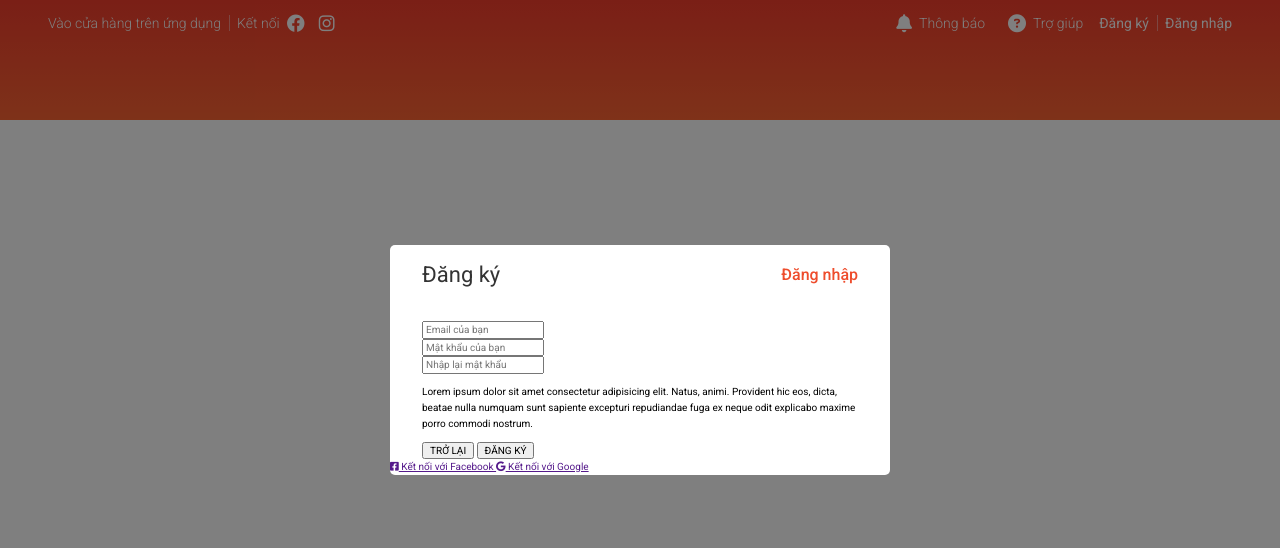
Repository: dptuyen1/F8-Tutorial
Page: index.html
An editor plug-in stored every save of this project. The page is shown before and after the next save, followed by the edit.
The browser window is 1280 px wide. The pictures show the whole page.

Above is the page before, as saved 2023-05-08 17:01:42.

### index.html
<!DOCTYPE html>
<html lang="en">
  <head>
    <meta charset="UTF-8" />
    <meta http-equiv="X-UA-Compatible" content="IE=edge" />
    <meta name="viewport" content="width=device-width, initial-scale=1.0" />
    <title>Document</title>
    <link
      rel="stylesheet"
      href="https://cdnjs.cloudflare.com/ajax/libs/normalize/8.0.1/normalize.min.css"
      integrity="sha512-NhSC1YmyruXifcj/KFRWoC561YpHpc5Jtzgvbuzx5VozKpWvQ+4nXhPdFgmx8xqexRcpAglTj9sIBWINXa8x5w=="
      crossorigin="anonymous"
      referrerpolicy="no-referrer"
    />
    <link rel="stylesheet" href="assets/css/base.css" />
    <link rel="stylesheet" href="assets/css/main.css" />
    <link
      rel="stylesheet"
      href="assets/fonts/fontawesome-free-6.4.0-web/css/all.min.css"
    />
    <link rel="preconnect" href="https://fonts.googleapis.com" />
    <link rel="preconnect" href="https://fonts.gstatic.com" crossorigin />
    <link
      href="https://fonts.googleapis.com/css2?family=Roboto:wght@300;400;500;700&display=swap"
      rel="stylesheet"
    />
  </head>

  <body>
    <div class="app">
      <header class="header">
        <div class="grid">
          <nav class="header__navbar">
            <ul class="header__navbar-list">
              <li
                class="header__navbar-item header__navbar-item-has-qr header__navbar-item-separate"
              >
                Vào cửa hàng trên ứng dụng
                <div class="header__qr">
                  <img
                    src="assets/img/qr_code.png"
                    alt="QR Cođe"
                    class="header__qr-img"
                  />
                  <div class="header__qr-apps">
                    <a href="" class="header__qr-link">
                      <img
                        src="assets/img/google_play.png"
                        alt="Google Play"
                        class="header__qr-download-img"
                      />
                    </a>
                    <a href="" class="header__qr-link">
                      <img
                        src="assets/img/app_store.png"
                        alt="App Store"
                        class="header__qr-download-img"
                      />
                    </a>
                  </div>
                </div>
              </li>
              <li class="header__navbar-item">
                <span class="header__navbar-title-no-pointer">Kết nối</span>
                <a href="" class="header__navbar-icon-link">
                  <i class="header__navbar-icon fa-brands fa-facebook"></i>
                </a>
                <a href="" class="header__navbar-icon-link">
                  <i class="header__navbar-icon fa-brands fa-instagram"></i>
                </a>
              </li>
            </ul>
            <ul class="header__navbar-list">
              <li class="header__navbar-item header__navbar-item--has-notify">
                <a href="" class="header__navbar-item-link">
                  <a href="" class="header__navbar-icon-link">
                    <i class="header__navbar-icon fa-solid fa-bell"></i> </a
                  >Thông báo
                </a>
                <div class="header__notify">
                  <header class="header__notify-header">
                    <h3>Thông báo mới nhận</h3>
                  </header>
                  <ul class="header__notify-list">
                    <li class="header__notify-item">
                      <a href="" class="header_notify-link">
                        <img
                          src="assets/img/comestic.jpg"
                          alt=""
                          class="header__notify-img"
                        />
                        <div class="header__notify-info">
                          <span class="header_notify-name"
                            >Mỹ phẩm Ohui chính hãng</span
                          >
                          <span class="header__notify-description"
                            >Mô tả mỹ tả Ohui chính hãng</span
                          >
                        </div>
                      </a>
                    </li>
                    <li class="header__notify-item header__notify-item--read">
                      <a href="" class="header_notify-link">
                        <img
                          src="assets/img/comestic.jpg"
                          alt=""
                          class="header__notify-img"
                        />
                        <div class="header__notify-info">
                          <span class="header_notify-name"
                            >Mỹ phẩm Ohui chính hãng</span
                          >
                          <span class="header__notify-description"
                            >Mô tả mỹ tả Ohui chính hãng</span
                          >
                        </div>
                      </a>
                    </li>
                    <li class="header__notify-item">
                      <a href="" class="header_notify-link">
                        <img
                          src="assets/img/comestic.jpg"
                          alt=""
                          class="header__notify-img"
                        />
                        <div class="header__notify-info">
                          <span class="header_notify-name"
                            >Mỹ phẩm Ohui chính hãng</span
                          >
                          <span class="header__notify-description"
                            >Mô tả mỹ tả Ohui chính hãng</span
                          >
                        </div>
                      </a>
                    </li>
                  </ul>
                  <footer class="header__notify-footer">
                    <a href="" class="header__notify-footer-btn">Xem tất cả</a>
                  </footer>
                </div>
              </li>
              <li class="header__navbar-item">
                <a href="" class="header__navbar-item-link">
                  <a href="" class="header__navbar-icon-link">
                    <i
                      class="header__navbar-icon fa-solid fa-circle-question"
                    ></i></a
                  >Trợ giúp
                </a>
              </li>
              <li
                class="header__navbar-item header__navbar-item-bold header__navbar-item-separate"
              >
                Đăng ký
              </li>
              <li class="header__navbar-item header__navbar-item-bold">
                Đăng nhập
              </li>
            </ul>
          </nav>
        </div>
      </header>

      <div class="container"></div>

      <footer class="footer"></footer>
    </div>

    <!-- Modal layout -->
    <div class="modal">
      <div class="modal__overlay"></div>
      <div class="modal__body">
        <div class="modal__inner"></div>

        <!-- Authenticated Form -->
        <form class="auth-form">
          <div class="auth-form__container">
            <div class="auth-form__header">
              <h3 class="auth_form__heading">Đăng ký</h3>
              <span class="auth_form__switch-btn">Đăng nhập</span>
            </div>
            <div class="auth-form__form">
              <div class="auth-form__group">
                <input
                  type="text"
                  class="auth-form__input"
                  placeholder="Email của bạn"
                />
              </div>
              <div class="auth-form__group">
                <input
                  type="password"
                  class="auth-form__input"
                  placeholder="Mật khẩu của bạn"
                />
              </div>
              <div class="auth-form__group">
                <input
                  type="password"
                  class="auth-form__input"
                  placeholder="Nhập lại mật khẩu"
                />
              </div>
            </div>
            <div class="auth-form__aside">
              <p>
                Lorem ipsum dolor sit amet consectetur adipisicing elit. Natus,
                animi. Provident hic eos, dicta, beatae nulla numquam sunt
                sapiente excepturi repudiandae fuga ex neque odit explicabo
                maxime porro commodi nostrum.
              </p>
            </div>
            <div class="auth-form_controls">
              <button class="btn">TRỞ LẠI</button>
              <button class="btn btn--primary">ĐĂNG KÝ</button>
            </div>
          </div>

          <div class="auth-form_socials">
            <a href="" class="btn btn--with-icon">
              <i class="fa-brands fa-square-facebook"></i>
              Kết nối với Facebook
            </a>
            <a href="" class="btn btn--with-icon">
              <i class="fa-brands fa-google"></i>
              Kết nối với Google
            </a>
          </div>
        </form>
      </div>
    </div>
  </body>
</html>

### assets/css/base.css
:root {
  --primary-color: #ee4d2d;
  --white-color: #fff;
  --black-color: #000;
  --text-color: #333;
}

* {
  box-sizing: inherit;
}

html {
  font-size: 62.5%;
  line-height: 1.6rem;
  font-family: "Roboto", sans-serif;
  box-sizing: border-box;
}

.grid {
  width: 1200px;
  max-width: 100%;
  /* căn giữa */
  margin: 0 auto;
}

.grid__full-width {
  width: 100%;
}

.grid__row {
  display: flex;
  flex-wrap: wrap;
}

/* Modal */
.modal {
  position: fixed;
  top: 0;
  right: 0;
  bottom: 0;
  left: 0;
  display: flex;
}

.modal__overlay {
  position: absolute;
  width: 100%;
  height: 100%;
  background-color: rgba(0, 0, 0, 0.5);
}

.modal__body {
  background-color: var(--white-color);
  margin: auto;
  position: relative;
  z-index: 1;
  border-radius: 5px;
}

.modal__inner {
}

/* Animation */
@keyframes fadeIn {
  from {
    opacity: 0;
  }

  to {
    opacity: 1;
  }
}

@keyframes notifyGrowth {
  from {
    opacity: 0;
    transform: scale(0);
  }

  to {
    opacity: 1;
    transform: scale(1);
  }
}

### assets/css/main.css
.header {
  height: 120px;
  background-image: linear-gradient(0, #fe6433, #f53e2d);
}

.header__navbar {
  display: flex;
  justify-content: space-between;
}

.header__navbar-list {
  list-style: none;
  padding-left: 0;
}

.header__navbar-item {
  margin: 0 8px;
  position: relative;
  min-height: 26px;
}

.header__navbar-item-has-qr:hover .header__qr {
  display: block;
}

.header__navbar-item,
.header__navbar-item-link {
  display: inline-block;
  font-size: 1.4rem;
  color: var(--white-color);
  text-decoration: none;
  font-weight: 300;
}

.header__navbar-list,
.header__navbar-item,
.header__navbar-item-link,
.header__navbar-icon-link {
  display: inline-flex;
  align-items: center;
}

.header__navbar-item:hover,
.header__navbar-item-link:hover,
.header__navbar-icon-link:hover {
  color: rgba(255, 255, 255, 0.5);
  cursor: pointer;
}

.header__navbar-item--has-notify:hover .header__notify {
  display: block;
}

.header__navbar-item-bold {
  font-weight: 400;
}

.header__navbar-item-separate::after {
  content: "";
  display: block;
  position: absolute;
  border-left: 1px solid #fb9086;
  height: 16px;
  right: -9px;
  top: 50%;
  transform: translateY(-50%);
}

.header__navbar-icon-link {
  color: var(--white-color);
  text-decoration: none;
}

.header__navbar-icon {
  font-size: 1.8rem;
  margin: 0 7px;
}

.header__navbar-title-no-pointer {
  cursor: text;
  color: var(--white-color);
}

/* Header QR Code  */
.header__qr {
  width: 185px;
  background-color: var(--white-color);
  position: absolute;
  left: 0;
  /* cao bằng thẻ chứa nó */
  top: 150%;
  padding: 8px;
  border-radius: 2px;
  display: none;
  animation: fadeIn ease-in 0.5s;
}

.header__qr::before {
  content: "";
  display: block;
  position: absolute;
  width: 100%;
  height: 20px;
  left: 0;
  top: -20px;
}

.header__qr-img {
  width: 100%;
}

.header__qr-apps {
  display: flex;
  justify-content: space-between;
}

.header__qr-link:first-child {
  margin-left: 11px;
}

.header__qr-link:last-child {
  margin-right: 11px;
}

.header__qr-download-img {
  height: 15px;
}

/* Header notification */

.header__notify {
  position: absolute;
  top: 150%;
  right: 0;
  width: 405px;
  background-color: var(--white-color);
  border: 1px solid #d3d3d3;
  border-radius: 2px;
  cursor: default;
  transform-origin: top right;
  display: none;
  animation: notifyGrowth ease-in 0.5s;
}

.header__notify::before {
  content: "";
  border-width: 20px 30px;
  border-style: solid;
  border-color: transparent transparent var(--white-color) transparent;
  position: absolute;
  right: 0;
  top: -30px;
}

.header__notify::after {
  content: "";
  display: block;
  position: absolute;
  right: 0;
  top: -20px;
  width: 100%;
  height: 20px;
}

.header__notify-header {
  height: 40px;
  background-color: var(--white-color);
}

.header__notify-header h3 {
  color: #999;
  margin: 0 0 0 12px;
  font-weight: 400;
  font-size: 1.4rem;
  line-height: 40px;
}

.header__notify-list {
  padding-left: 0;
}

.header__notify-item {
  display: flex;
}

.header__notify-item:hover {
  background-color: #f7f7f7;
}

.header__notify-item--read {
  background-color: rgba(238, 77, 45, 0.2);
}

.header_notify-link {
  width: 100%;
  display: flex;
  padding: 12px;
  text-decoration: none;
}

.header__notify-img {
  width: 50px;
  object-fit: contain;
}

.header__notify-info {
  margin-left: 12px;
}

.header_notify-name {
  display: block;
  font-size: 1.4rem;
  color: var(--black-color);
  font-weight: 400;
}

.header__notify-description {
  display: block;
  font-size: 1.2rem;
  line-height: 2rem;
  color: #756f6e;
  margin-top: 10px;
}

.header__notify-footer {
  display: flex;
}

.header__notify-footer-btn {
  text-decoration: none;
  color: var(--text-color);
  margin: 0 auto;
  padding: 10px;
  font-size: 1.4rem;
  font-weight: 400;
}

/* Authenticated modal */
.auth-form {
  width: 500px;
}

.auth-form__container {
  padding: 0 32px;
}

.auth-form__header {
  display: flex;
  align-items: center;
  justify-content: space-between;
}

.auth_form__heading {
  font-size: 2.2rem;
  font-weight: 400;
  color: var(--text-color);
}

.auth_form__switch-btn {
  font-size: 1.6rem;
  color: var(--primary-color);
  font-weight: 500;
  cursor: pointer;
}

.auth-form__form {
  margin-top: 16px;
}

.auth-form__group {
}

.auth-form__input {
}

.auth-form__aside {
}

.auth-form_controls {
}

.btn {
}

.btn--primary {
}

.auth-form_socials {
}

.btn--with-icon {
}

.fa-brands {
}

.fa-square-facebook {
}

.fa-google {
}

Loaded but not shown: assets/fonts/fontawesome-free-6.4.0-web/css/all.min.css (library)

After the next save:
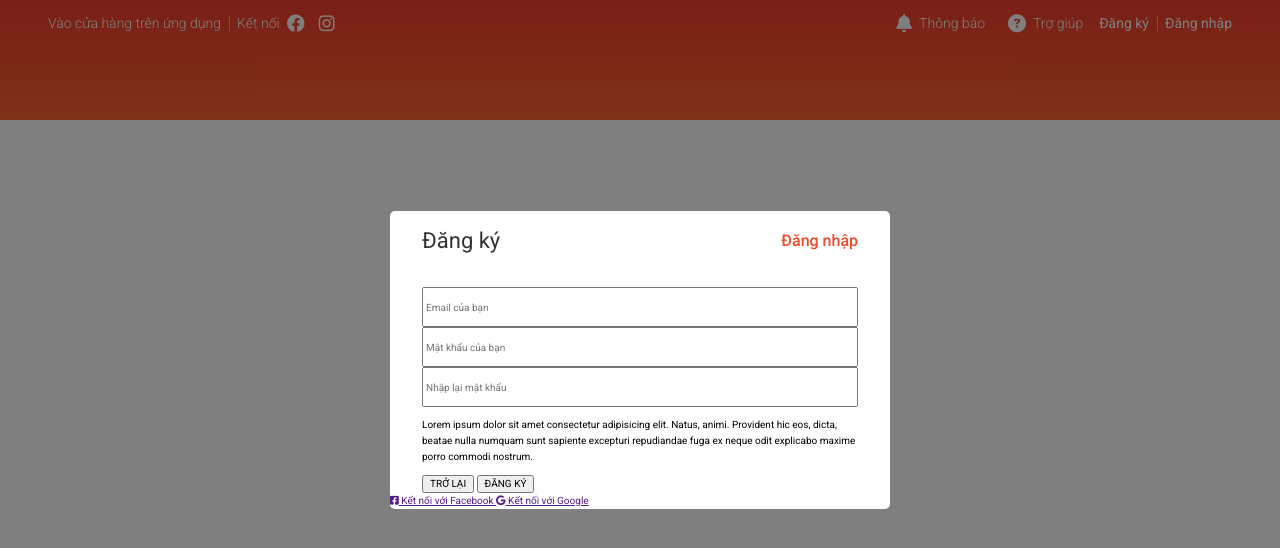
Saved 42 s later.
--- a/assets/css/main.css
+++ b/assets/css/main.css
@@ -271,6 +271,8 @@
 }
 
 .auth-form__input {
+  width: 100%;
+  height: 40px;
 }
 
 .auth-form__aside {
